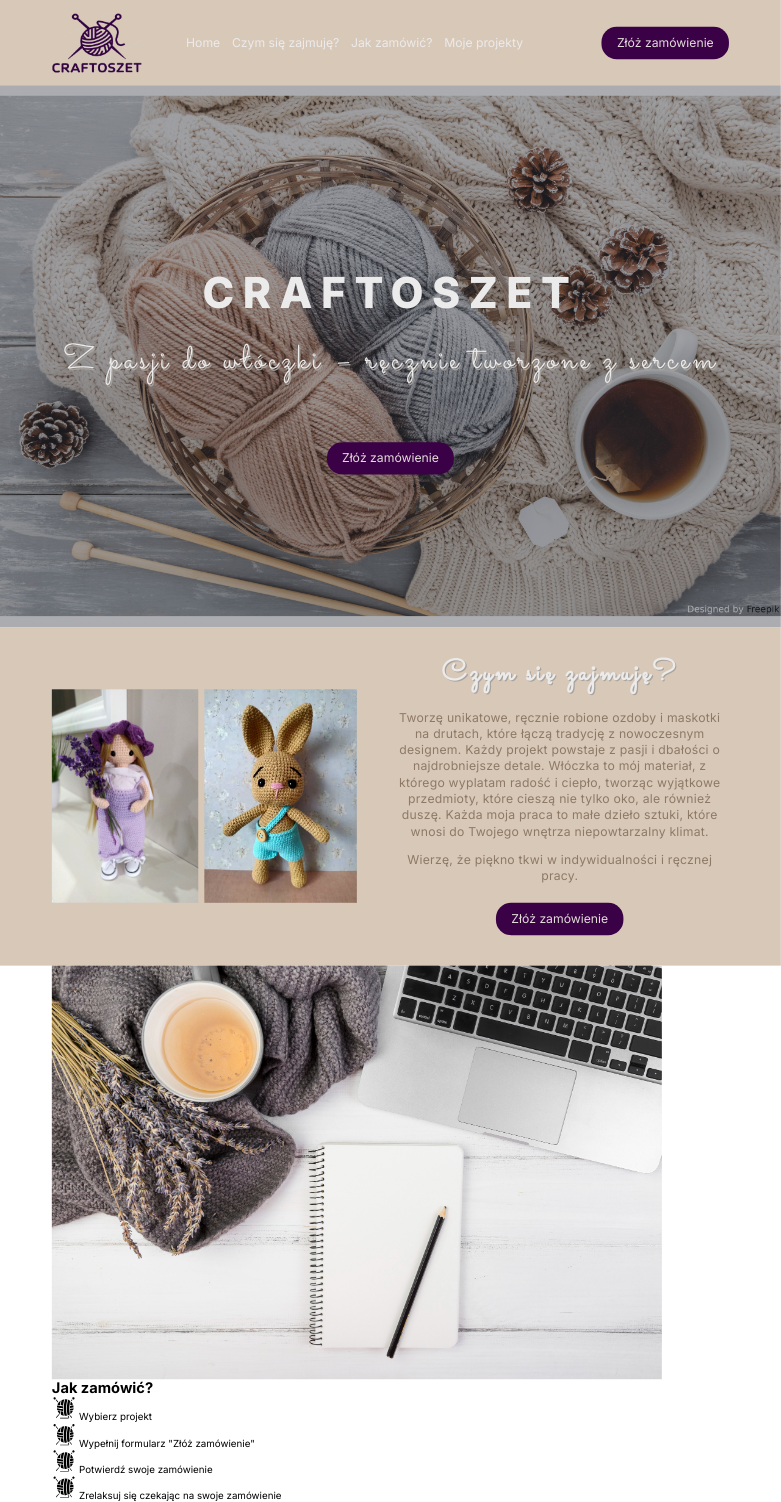
Repository: KlaudiaK0205/Craftoszet
Page: index.html
An editor plug-in stored every save of this project. The page is shown before and after a run of saves, followed by the edit.
The browser window is 1280 px wide. The pictures show the whole page, at 61% of full size.
Some web libraries are served in a nearby version. The style sheet was rebuilt from its Sass, Less or Tailwind sources for each picture, by a compiler version that may differ from the author's.

Above is the page before, as saved 2024-10-06 13:39:32.

### index.html
<!DOCTYPE html>
<html lang="en">
<head>
    <meta charset="UTF-8">
    <meta name="viewport" content="width=device-width, initial-scale=1.0">
    <title>Craftoszet</title>
    <!-- FAVICON -->
    <link rel="icon" href="./images/favicon.ico" type="image/x-icon">
    <link rel="icon" siezes="16x16" href="./images/favicon-16x16.png" type="image/png">
    <link rel="icon" siezes="32x32" href="./images/favicon-32x32.png" type="image/png">
    <!-- GOOGLE FONTS -->
    <link rel="preconnect" href="https://fonts.googleapis.com">
    <link rel="preconnect" href="https://fonts.gstatic.com" crossorigin>
    <link href="https://fonts.googleapis.com/css2?family=Inter:ital,opsz,wght@0,14..32,100..900;1,14..32,100..900&family=Sacramento&display=swap" rel="stylesheet">
    <!-- MODERN NORMALIZE -->
    <link rel="stylesheet" href="https://cdn.jsdelivr.net/npm/modern-normalize@3.0.1/modern-normalize.min.css">
    <!-- ANIMATE-->
    <link rel="stylesheet" href="https://cdnjs.cloudflare.com/ajax/libs/animate.css/4.1.1/animate.min.css"/>
    <!-- STYLES -->
    <link rel="stylesheet" href="./sass/main.css">
</head>
<body>
    <header>
        <div class="container">
            <div class="logo-box">
                <img class="logo-image" src="./images/logo.png" alt="a ball of wool">
            </div>
            <nav class="nav">
                <ul class="nav__list">
                    <li class="nav__list__item">
                        <a href="" class="nav__list__link">Home</a>
                    </li>
                    <li class="nav__list__item">
                        <a href="" class="nav__list__link">Czym się zajmuję?</a>
                    </li>
                    <li class="nav__list__item">
                        <a href="" class="nav__list__link">Jak zamówić?</a>
                    </li>
                    <li class="nav__list__item">
                        <a href="" class="nav__list__link">Moje projekty</a>
                    </li>
                </ul>
            </nav>

            <button class="orderBtn" type="button">Złóż zamówienie</button>
        </div>
    </header>

    <main>
        <section class="hero">
            <div class="container">
                <h1 class="hero__header">CRAFTOSZET</h1>
                <p class="hero__undertitle">Z pasji do włóczki – ręcznie tworzone z sercem</p>
                <button class="orderBtn" type="button">Złóż zamówienie</button>
            </div>
        </section>

        <section class="whatIDo">

            <div class="container">
                    <div class="whatIDo-images">
                        <img class="whatIDo-image" src="./images/projekty/fioletowa lalka.jpg" alt="fioletowa lalka z włóczki">
                        <img class="whatIDo-image" src="./images/projekty/króliczek.jpg" alt="króliczek w niebieskich spodenkach z włóczki">
                </div>
                <div class="whatIDo-description">
                    <h2 class="section-header">Czym się zajmuję?</h2>
                    <p class="section-text">Tworzę unikatowe, ręcznie robione ozdoby i maskotki na drutach, które łączą tradycję z nowoczesnym designem.
                        Każdy projekt powstaje z pasji i dbałości o najdrobniejsze detale.
                        Włóczka to mój materiał, z którego wyplatam radość i ciepło, tworząc wyjątkowe przedmioty, które cieszą nie tylko oko, ale również duszę.
                        Każda moja praca to małe dzieło sztuki, które wnosi do Twojego wnętrza niepowtarzalny klimat.
                        <p class="section-text2">Wierzę, że piękno tkwi w indywidualności i ręcznej pracy.</p>
                    <button class="orderBtn" type="button">Złóż zamówienie</button>
                </div>
            </div>
        </section>
        <section class="howOrder">
            <div class="container">
                <div>
                    <img src="./images/howOrder.jpg" alt="">
                </div>
                <div>
                    <h2>Jak zamówić?</h2>
                    <ul class="howOrder__list">
                        <li class="howOrder__item">
                            <svg class="howOrder-icon">
                                <use href="./images/sprite.svg#icon-wool-ball"></use>
                            </svg>
                            Wybierz projekt
                        </li>
                        <li class="howOrder__item">
                            <svg class="howOrder-icon">
                                <use href="./images/sprite.svg#icon-wool-ball"></use>
                            </svg>
                            Wypełnij formularz "Złóż zamówienie"
                        </li>
                        <li class="howOrder__item">
                            <svg class="howOrder-icon">
                                <use href="./images/sprite.svg#icon-wool-ball"></use>
                            </svg>
                            Potwierdź swoje zamówienie
                        </li>
                        <li class="howOrder__item">
                            <svg class="howOrder-icon">
                                <use href="./images/sprite.svg#icon-wool-ball"></use>
                            </svg>
                            Zrelaksuj się czekając na swoje zamówienie
                        </li>
                    </ul>
                </div>
            </div>
        </section>
    </main>
    <footer></footer>
</body>
</html>

### sass/main.scss
@import './base/common';
@import './base/container';

@import './components/icons';
@import './components/logo';
@import './components/orderBtn';

@import './layout/header';
@import './layout/hero';
@import './layout/howOrder';
@import './layout/whatIDo';

@import './utils/variables';

### sass/base/_common.scss
body {
    font-family: var(--main-font);
    // font-weight: 500;
    margin: 0;
    padding: 0;
}

h1,
h2,
h3,
h4,
h5,
h6 {
    margin: 0;
    padding: 0;
}

ul,
ol,
li {
    margin: 0;
    padding: 0;
    list-style: none;
}

a {
    text-decoration: none;
}

p {
    margin: 0;
    padding: 0;
}

img {
    display: block;
    max-width: 100%;
    height: auto;
}

button {
    cursor: pointer;
}

.list {
    list-style: none;
}

.link {
    text-decoration: none;
}

### sass/base/_container.scss
.container {
    width: 100%;
    max-width: 1200px; /* Maksymalna szerokość dla dużych ekranów */
    margin: 0 auto;
    padding: 0 15px;
}

/* Urządzenia mobilne (do 576px szerokości) */
@media (max-width: 576px) {
    .container {
        max-width: 100%; /* Na małych ekranach szerokość 100% */
        padding: 0 10px;  /* Mniejszy padding na telefonach */
    }
}

/* Tablety (do 768px szerokości) */
@media (max-width: 768px) {
    .container {
        max-width: 720px; /* Dostosowanie dla tabletów */
    }
}

/* Średnie ekrany (do 992px szerokości) */
@media (max-width: 992px) {
    .container {
        max-width: 960px; /* Dostosowanie dla większych tabletów i mniejszych laptopów */
    }
}

/* Duże ekrany (od 1200px szerokości) */
@media (min-width: 1200px) {
    .container {
        max-width: 1140px; /* Ustawienia dla monitorów */
    }
}

### sass/components/_icons.scss
.howOrder-icon {
    width: 40px;
    height: 40px;
}

### sass/components/_logo.scss
.logo-image {
    width: 150px;
    height: 100px;
    animation: wobble-hor-bottom 10s infinite both;
}

//animations
@keyframes wobble-hor-bottom {
    0%,
    100% {
        transform: translateX(0%);
        transform-origin: 50% 50%;
    }
    15% {
        transform: translateX(-30px) rotate(-6deg);
    }
    30% {
        transform: translateX(15px) rotate(6deg);
    }
    45% {
        transform: translateX(-15px) rotate(-3.6deg);
    }
    60% {
        transform: translateX(9px) rotate(2.4deg);
    }
    75% {
        transform: translateX(-6px) rotate(-1.2deg);
    }
}

### sass/components/_orderBtn.scss
.orderBtn {
    font-size: 20px;
    color: var(--mainColor);
    background-color: var(--brandColor);
    border: none;
    border-radius: 25px;
    margin-left: auto;
    padding: 15px 25px;

    &:hover,
    :focus {
        animation: scale-up-center 0.5s cubic-bezier(0.390, 0.575, 0.565, 1.000) both;
    }
}

//animations
@keyframes scale-up-center {
    0% {
        transform: scale(1);
    }
    100% {
        transform: scale(1.2);
    }
}

### sass/layout/_header.scss
header {
    background-color: var(--bgColor);
    padding: 20px 0;
}

header .container {
    display: flex;
    align-items: center;
}

.logo-box {
    margin-right: 70px;
}

.nav__list {
    display: flex;
}

.nav__list__item {
    font-size: 20px;

    &:not(:last-child) {
        margin-right: 1.5vw;
    }
}

.nav__list__link {
    color: var(--textColor);
    transition: cubic-bezier(0.4, 0, 0.2, 1) 500ms;

    &:hover,
    :focus {
        color: var(--brandColor);
    }
}

header .orderBtn {
    margin-left: auto;
}

### sass/layout/_hero.scss
.hero {
    background-image: linear-gradient(
        rgba(47, 48, 58, 0.4),
        rgba(47, 48, 58, 0.4)),
        url(/images/bg.jpg);
    background-repeat: no-repeat;
    background-size: contain;
    background-position: center;
    min-height: 80vh;
    text-align: center;
    padding: 300px 0 250px;
}

.hero__header {
    font-size: 70px;
    font-weight: 800;
    padding-bottom: 40px;
    color: var(--textColor);
    letter-spacing: 0.2em;

}

.hero__undertitle {
    font-family: var(--decorative-font);
    font-size: 56px;
    font-weight: 500;
    color: var(--textColor);
    letter-spacing: 0.1em;
    padding-bottom: 100px;
    text-shadow: 2px 2px var(--textShadow);
}

.hero .orderBtn {
    display: flex;
    margin-left: auto;
    margin-right: auto;
}

### sass/layout/_howOrder.scss
.howOrder {
}

.howOrder .container {

}

.howOrder__list {
}

.howOrder__item {
}

.howOrder-icon {

}

### sass/layout/_whatIDo.scss
.whatIDo {
    background-color: var(--bgColor);
    padding: 50px 0;
}

.whatIDo .container {
    display: grid;
    grid-template-columns: 1fr 1fr;
    grid-template-rows: 2fr;
    grid-template-areas:
    "images whatIDo"
    ". whatIDo";
}
.whatIDo-images {
    display: flex;
    grid-area: images;
    align-items: center;
}

.whatIDo-image {
    width: 250px;
    height: 350px;

    &:not(:last-child) {
        padding-right: 10px;
    }
}

.whatIDo-description {
    grid-area: whatIDo;
    font-size: 20px;
    text-align: center;
}

.section-header {
    font-family: var(--decorative-font);
    font-size: 48px;
    letter-spacing: 0.1em;
    text-shadow: 2px 2px var(--textShadow);
    color: var(--textColor);
    padding-bottom: 30px;
}

.section-text,
.section-text2 {
    letter-spacing: .02em;
    color: var(--sectionTextColor);
    line-height: 1.333;
}

.section-text2 {
    padding-top: 20px;
}

.whatIDo .orderBtn {
    display: flex;
    margin-left: auto;
    margin-right: auto;
    margin-top: 30px;
}

### sass/utils/_variables.scss
:root {
    --main-font: 'Inter' , sans-serif;
    --decorative-font: 'Sacramento', sans-serif;
    --textColor: #ECEBEB;
    --mainColor: #E2DDD9;
    --textShadow: #A8a39d;
    --sectionTextColor: #8D7966;
    --brandColor: #3B0146;
    --bgColor: #D8C8B8;
}

// #A8a39d
//#f8f1e9

After the next 2 saves:
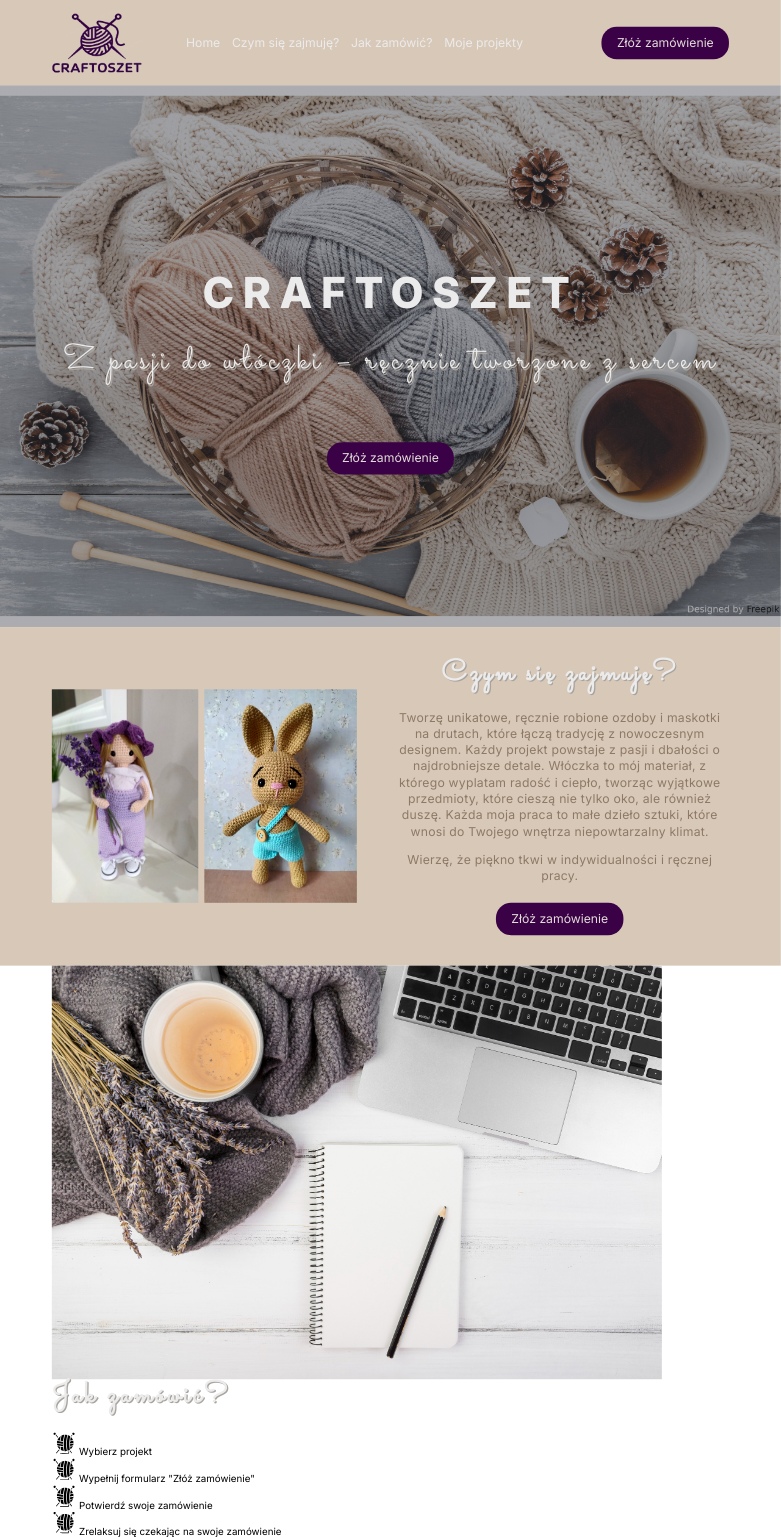
The 2 saves are shown as one change because they came seconds apart.
The last was saved 29 s later.
--- a/index.html
+++ b/index.html
@@ -79,7 +79,7 @@
                     <img src="./images/howOrder.jpg" alt="">
                 </div>
                 <div>
-                    <h2>Jak zamówić?</h2>
+                    <h2 class="section-header">Jak zamówić?</h2>
                     <ul class="howOrder__list">
                         <li class="howOrder__item">
                             <svg class="howOrder-icon">
